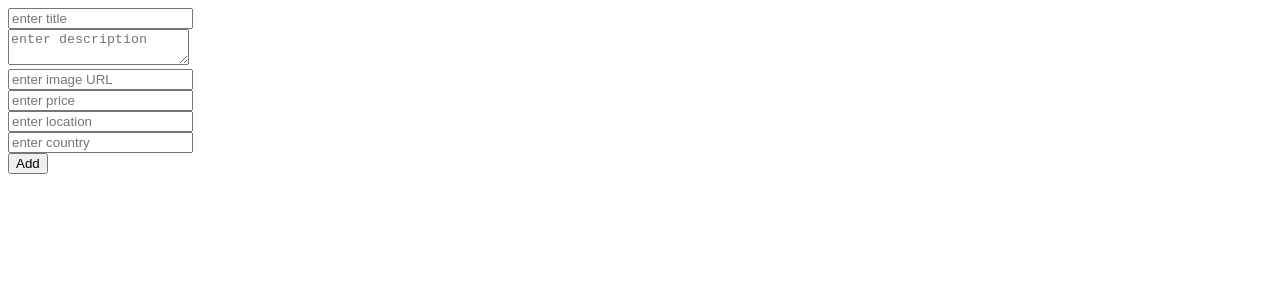
Repository: deep-vish2005/Wanderlust
Page: http://localhost/listings/new
An editor plug-in stored every save of this project. The page is shown before and after the next save, followed by the edit.
The browser window is 1280 px wide. The pictures show the whole page.
The page is served by the project's Node server (app.js). Other server files are loaded and not shown.

Above is the page before, as saved 2026-04-13 22:21:09.

### views/listings/new.ejs
<!DOCTYPE html>
<html lang="en">
  <head>
    <meta charset="UTF-8" />
    <meta name="viewport" content="width=device-width, initial-scale=1.0" />
    <title>Wanderlust</title>
  </head>
  <body>
    <form method="post" action="/listings">
      <input name="title" placeholder="enter title" type="text" />
      <br />
      <textarea
        name="description"
        placeholder="enter description"
        type="text"
      ></textarea>
      <br />
      <input name="image" placeholder="enter image URL" />
      <br />
      <input name="price" placeholder="enter price" type="number" />
      <br />
      <input name="location" placeholder="enter location" />
      <br />
      <input name="country" placeholder="enter country" />
      <br />
      <button>Add</button>
    </form>
  </body>
</html>

### app.js
const express = require("express");
const app = express();
const mongoose = require("mongoose");
const listing = require("./models/listing");
const path = require("path");
const mongo_url = "mongodb://127.0.0.1:27017/wanderlust";

app.set("view engine", "ejs");
app.set("views", path.join(__dirname, "views"));
app.use(express.urlencoded({ extended: true }));

main()
  .then(() => {
    console.log("connected to db");
  })
  .catch((err) => {
    console.log(err);
  });

async function main() {
  await mongoose.connect(mongo_url);
}

app.get("/", (req, res) => {
  res.send("working");
});

//index route
app.get("/listings", async (req, res) => {
  const alllistings = await listing.find({});
  res.render("listings/index.ejs", { alllistings });
});

//new route
app.get("/listings/new", (req, res) => {
  res.render("listings/new.ejs");
});

//show route
app.get("/listings/:id", async (req, res) => {
  let { id } = req.params;
  const listingindetail = await listing.findById(id);
  res.render("listings/show.ejs", { listingindetail });
});

// app.get("/testlisting", async (req, res) => {
//   let samplelisting = new listing({
//     title: "my bunglow",
//     description: "luxirious",
//     price: 3400,
//     location: "jabalpur",
//     country: "india",
//   });

//   await samplelisting.save();
//   console.log("sample was saved");
//   res.send("successfull");
// });

app.listen(8080, () => {
  console.log("server is listening to port 8080");
});

After the next save:
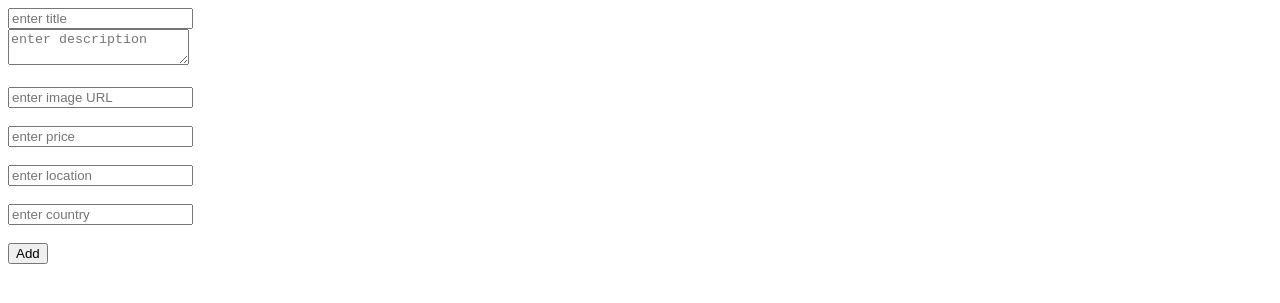
Saved 20 s later.
--- a/views/listings/new.ejs
+++ b/views/listings/new.ejs
@@ -14,15 +14,15 @@
         placeholder="enter description"
         type="text"
       ></textarea>
-      <br />
+      <br /><br />
       <input name="image" placeholder="enter image URL" />
-      <br />
+      <br /><br />
       <input name="price" placeholder="enter price" type="number" />
-      <br />
+      <br /><br />
       <input name="location" placeholder="enter location" />
-      <br />
+      <br /><br />
       <input name="country" placeholder="enter country" />
-      <br />
+      <br /><br />
       <button>Add</button>
     </form>
   </body>
